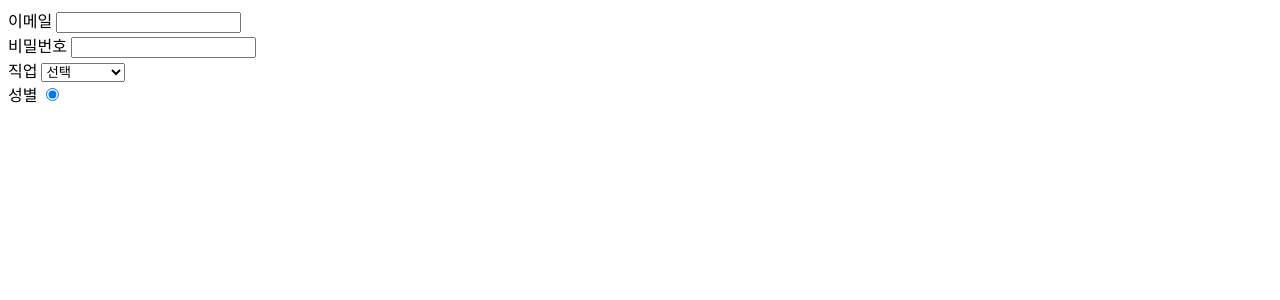
Repository: hyunhee7/web_work
Page: Step05_JavaServerPage/WebContent/test12.html
An editor plug-in stored every save of this project. The page is shown before and after the next save, followed by the edit.
The browser window is 1280 px wide. The pictures show the whole page.

Above is the page before, as saved 2017-06-23 01:50:11.

### Step05_JavaServerPage/WebContent/test12.html
<!DOCTYPE html>
<html>
<head>
<meta charset="UTF-8">
<title>test12.html</title>
</head>
<body>
	<form action="test12.jsp" method="post">
		이메일 <input type="text" name="email" /> <br />
		비밀번호 <input type="text" name="pwd" /> <br />
		직업
		<select name="job" >
			<option value="">선택</option>
			<option value="programmer">프로그래머</option>
			<option value="teacher">교사</option>
			<option value="doctor">의사</option>
			<option value="etc">기타</option>
		</select>
		<br />
		성별
		<input type="radio" name="gender" checked="checked" />
	</form>
</body>
</html>

After the next save:
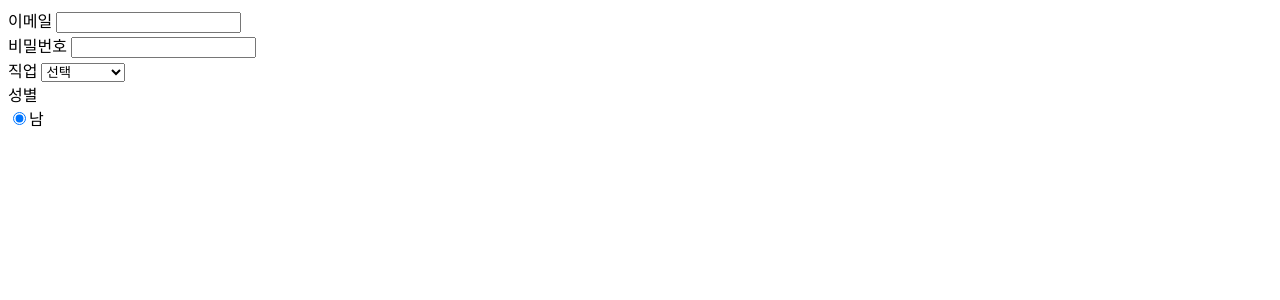
Saved 45 s later.
--- a/Step05_JavaServerPage/WebContent/test12.html
+++ b/Step05_JavaServerPage/WebContent/test12.html
@@ -18,7 +18,10 @@
 		</select>
 		<br />
 		성별
-		<input type="radio" name="gender" checked="checked" />
+		<br />
+		<label>
+			<input type="radio" name="gender" checked="checked" />남
+		</label>
 	</form>
 </body>
 </html>
